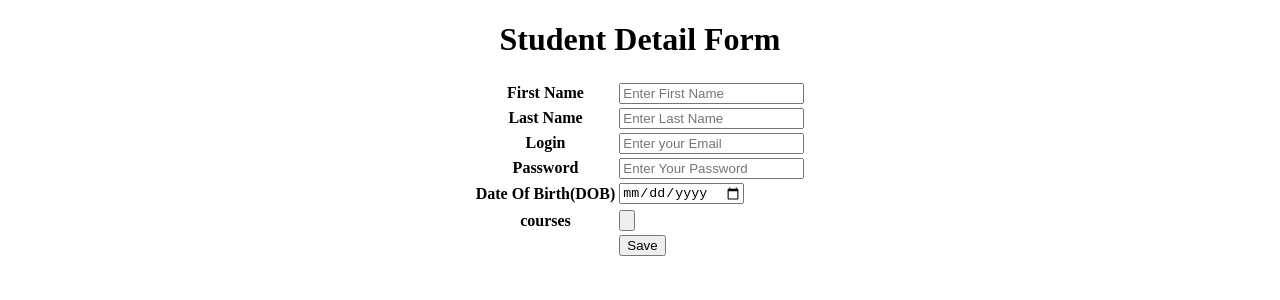
Repository: Abhi070717/Advance-Java
Page: http://localhost/jsp-servlet/UserForm.jsp
An editor plug-in stored every save of this project. The page is shown before and after the next save, followed by the edit.
The browser window is 1280 px wide. The pictures show the whole page.
The page is served by Tomcat 9. Other server files are loaded and not shown.

Above is the page before, as saved 2026-01-21 11:00:49.

### Jsp-servlet/jsp-servlet/WebContent/UserForm.jsp
<%@ page language="java" contentType="text/html; charset=ISO-8859-1"
	pageEncoding="ISO-8859-1"%>
<!DOCTYPE html>
<html>
<head>
<meta charset="ISO-8859-1">
<title>Student Form</title>
</head>
<body>

	<div align="center">

		<form>
			<h1>Student Detail Form</h1>
			<table>
				<tr>
					<th>First Name</th>
					<td><input type="text" name="firstName" value=""
						placeholder="Enter First Name"></td>
				</tr>
				<tr>
					<th>Last Name</th>
					<td><input type="text" name="lastName" value=""
						placeholder="Enter Last Name"></td>
				</tr>
				<tr>
					<th>Login</th>
					<td><input type="email" name="login" value=""
						placeholder="Enter your Email"></td>
				</tr>
				<tr>
					<th>Password</th>
					<td><input type="password" id="password" name="password"
						placeholder="Enter Your Password"></td>
				</tr>

				<tr>
					<th>Date Of Birth(DOB)</th>
					<td><input type="date" name="DOB" value=""></td>
				</tr>
				<tr>
				<tr>
					<th>courses</th>
					<td><input type="button" name="Select" value=""
						placeholder="Select the course"></td>
				</tr>
					<th></th>
					<td><input type="Submit" name="operation" value="Save"></td>
				</tr>
			</table>

		</form>

	</div>

</body>
</html>

After the next save:
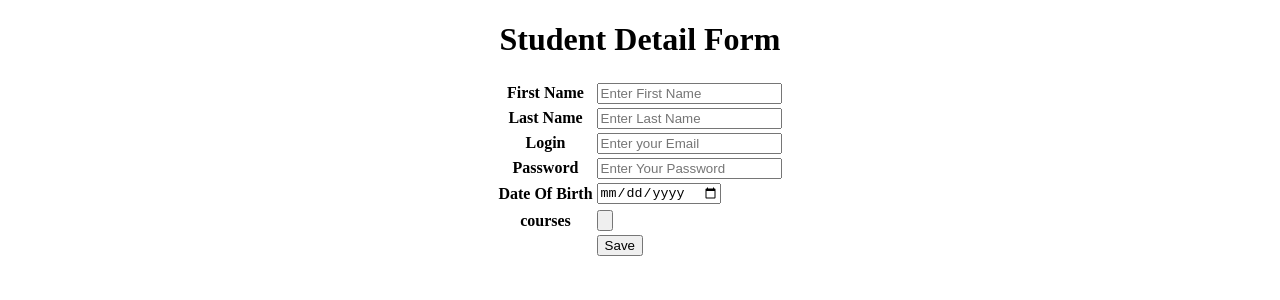
Saved 3 min 54 s later.
--- a/Jsp-servlet/jsp-servlet/WebContent/UserForm.jsp
+++ b/Jsp-servlet/jsp-servlet/WebContent/UserForm.jsp
@@ -35,7 +35,7 @@
 				</tr>
 
 				<tr>
-					<th>Date Of Birth(DOB)</th>
+					<th>Date Of Birth</th>
 					<td><input type="date" name="DOB" value=""></td>
 				</tr>
 				<tr>
